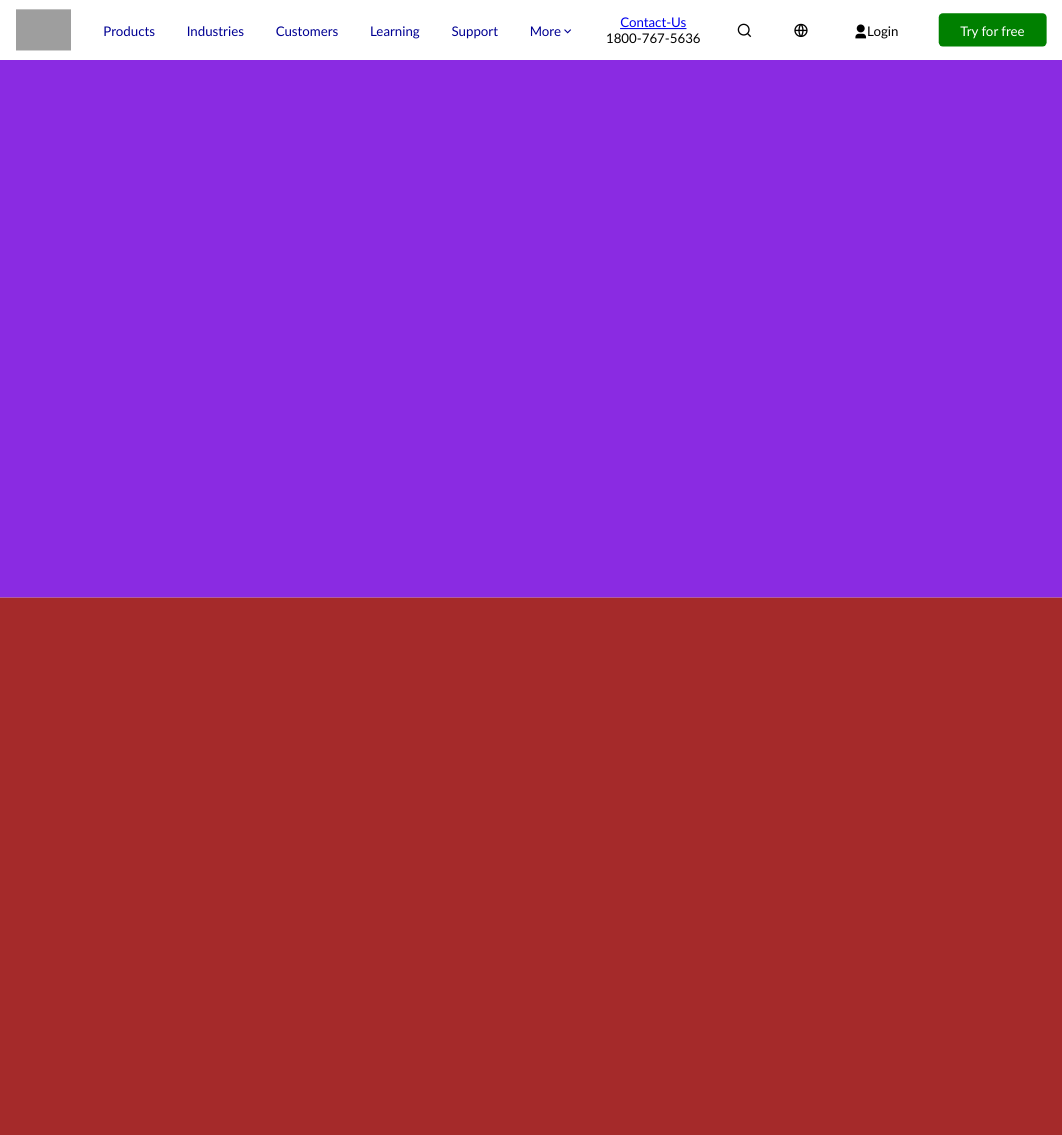
Repository: Chiranshukapil/html_css
Page: salesforce/index.html
An editor plug-in stored every save of this project. The page is shown before and after the next save, followed by the edit.
The browser window is 1280 px wide. The pictures show the whole page, at 83% of full size.
Pictures or frames that could not be fetched are drawn as grey boxes.

Above is the page before, as saved 2024-06-10 00:58:51.

### salesforce/index.html
<!DOCTYPE html>
<html lang="en">
    <head>
        <meta charset="UTF-8">
        <meta name="viewport" content="width=device-width, initial-scale=1.0">
        <title>Salesforce</title>
        <link rel="stylesheet" href="style.css">
        <link href="https://cdn.jsdelivr.net/npm/remixicon@4.2.0/fonts/remixicon.css" rel="stylesheet" />
    </head>
    <body>
        <div id="main">
            <div id="header">
                <div id="logo">
                    <img src="https://a.sfdcstatic.com/shared/images/c360-nav/salesforce-with-type-logo.svg" >
                </div>
                <div class="texts"><p>Products</p></div>
                <div class="texts"><p>Industries</p></div>
                <div class="texts"><p>Customers</p></div>
                <div class="texts"><p>Learning</p></div>
                <div class="texts"><p>Support</p></div>
                <div class="texts">
                    <p>More</p>
                    <p><i class="ri-arrow-down-s-line"></i></p>
                </div>
                <div id="contact">
                    <a  href="https://www.google.com/"><u>Contact-Us</u></a>
                    <p>1800-767-5636</p>
                </div>
                <div id="icon1" class="icon"><i class="ri-search-line"></i></div>
                <div class="icon"><i class="ri-global-line"></i></div>
                <div id="login">
                    <p style="transform: scale(1.2);"><i class="ri-user-3-fill"></i></p>
                    <p>Login</p>
                </div>
                <div id="try">Try for free</div>
            </div>
            <div id="fakeheader"></div>
            <div id="page1"></div>
            <div id="page2"></div>
        </div>
    </body>
</html>

### salesforce/style.css
*{
    margin: 0%;
    padding: 0%;
    box-sizing: border-box;
    font-family: 'Gill Sans MT';
}

html,body{
    height: 100%;
    width: 100%;

}

#main{
    height: 100%;
    width: 100%;

}

#header{
    height: 10%;
    width: 100%;
    position: fixed;
    display: flex;
    align-items: center;
    justify-content: space-around;
    background-color: white;
    /* font-size: large; */
}

#logo{
    height: 70%;
}

#logo img{
    width: 100%;
    height: 100%;
}

#contact{
    text-align: center;

}

.icon{
    width: 30px;
    height: 30px;
    display: flex;
    align-items: center;
    justify-content: center;
    transform: scale(1.2);
}

.icon:hover{
    /* border: 1px solid rgb(226, 255, 255); */
    border-radius: 50%;
    background-color: rgb(226, 255, 255);
    color: rgb(113, 113, 243);
}

#login{
    /* height: 30px;
    width: 70px; */
    padding: 10px;
    display: flex;
    align-items: center;
    justify-content: center;
}

#login:hover{
    /* border: 1px solid rgb(226, 255, 255); */
    background-color: rgb(226, 255, 255);
    border-radius: 30px;
    color: rgb(113, 113, 243);
}

#try{
    width: 130px;
    height: 40px ;
    color: white;
    display: flex;
    align-items: center;
    justify-content: center;
    background-color: green;
    border-radius: 5px;
}

#try:hover{
    background-color: rgb(0, 19, 0);
}

.texts{
    color: rgb(0, 0, 147);
    display: flex;
}

.texts:hover{
    color: rgb(113, 113, 243);
}

#fakeheader{
    height: 10%;
    width: 100%;
}

#page1{
    height: 90%;
    width: 100%;
    background-color: blueviolet;
}
#page2{
    height: 90%;
    width: 100%;
    background-color: brown;
}

After the next save:
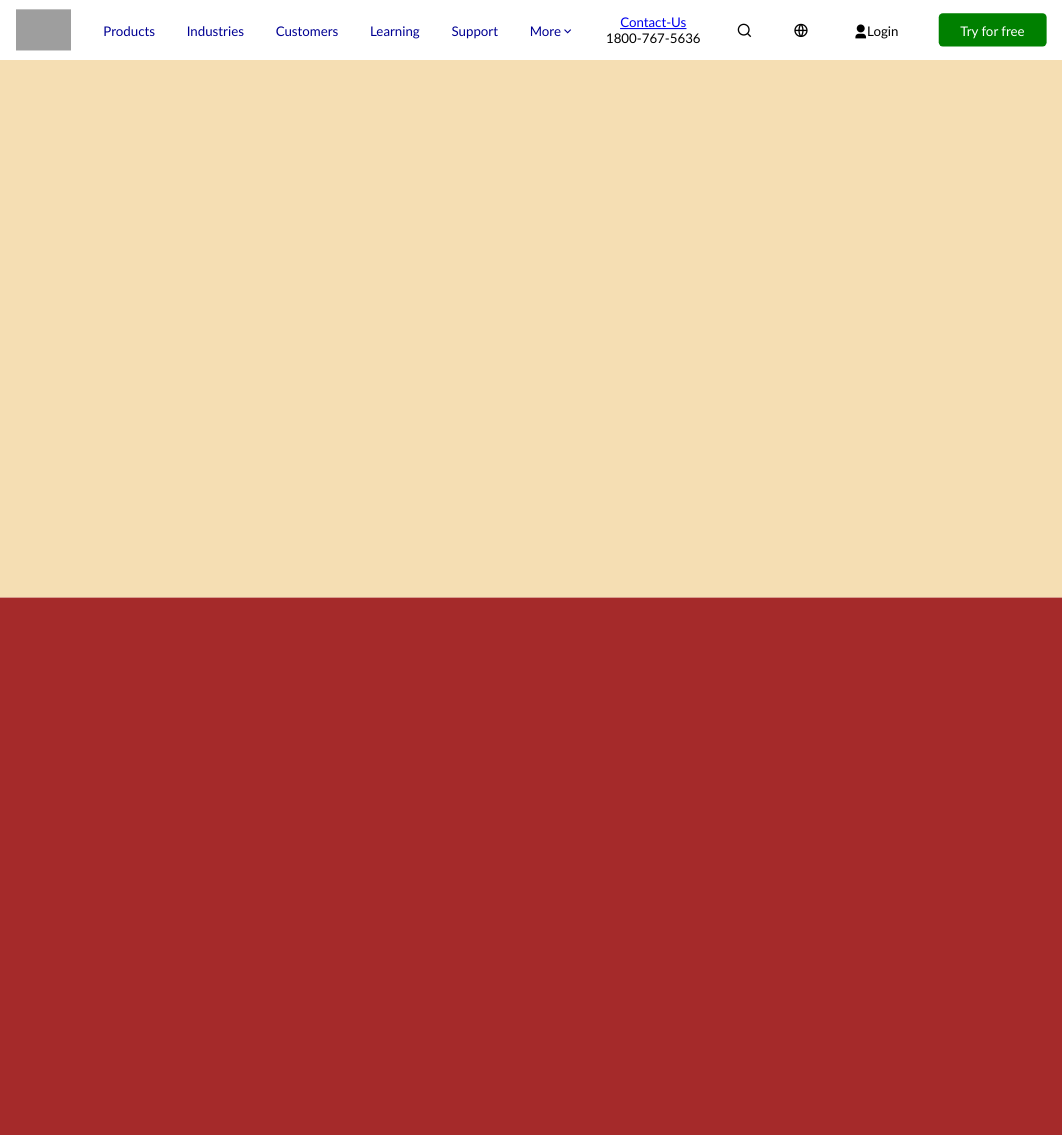
Saved 53 min 15 s later.
--- a/salesforce/style.css
+++ b/salesforce/style.css
@@ -106,7 +106,7 @@ html,body{
 #page1{
     height: 90%;
     width: 100%;
-    background-color: blueviolet;
+    background-color: wheat;
 }
 #page2{
     height: 90%;
